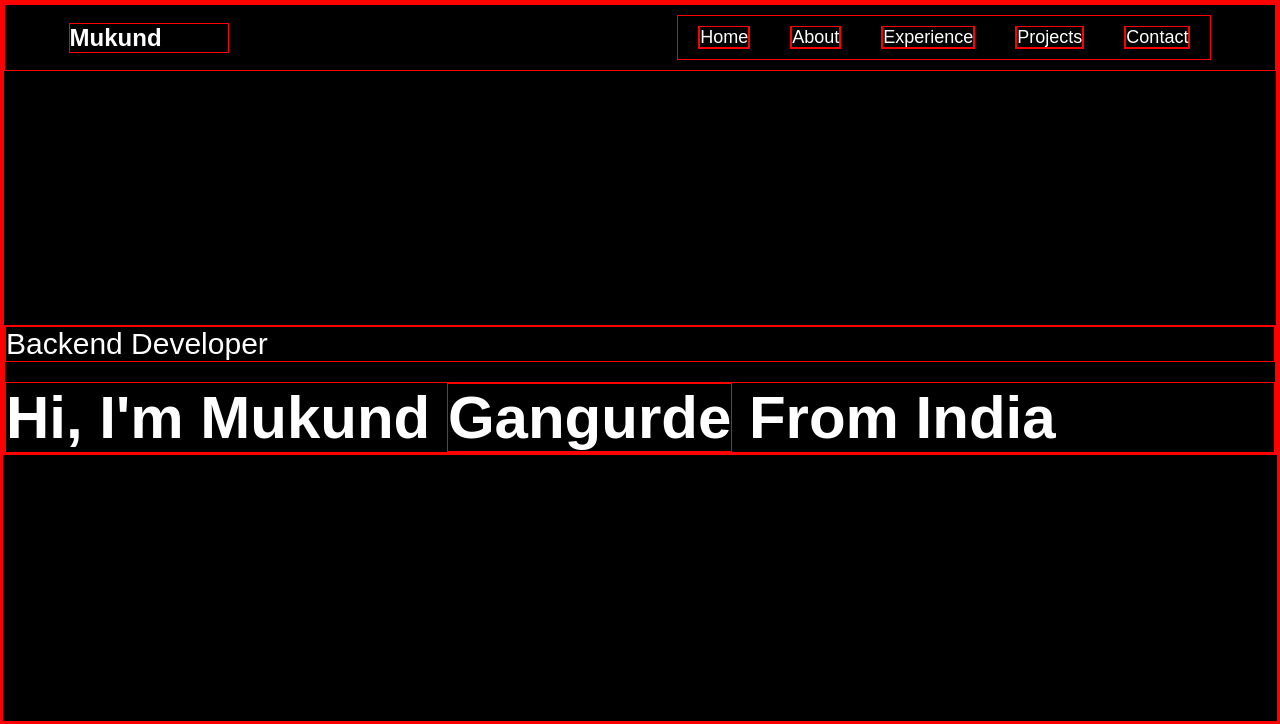
Repository: mukundgangurde/expense-tracker
Page: index.html
These files come from the project's save history. The page is drawn as it stood at one moment and after the next save; the edit follows.
The browser window is 1280 px wide. The pictures show the whole page.

Above is the page before, as saved 2025-11-02 17:59:54.

After the next save:
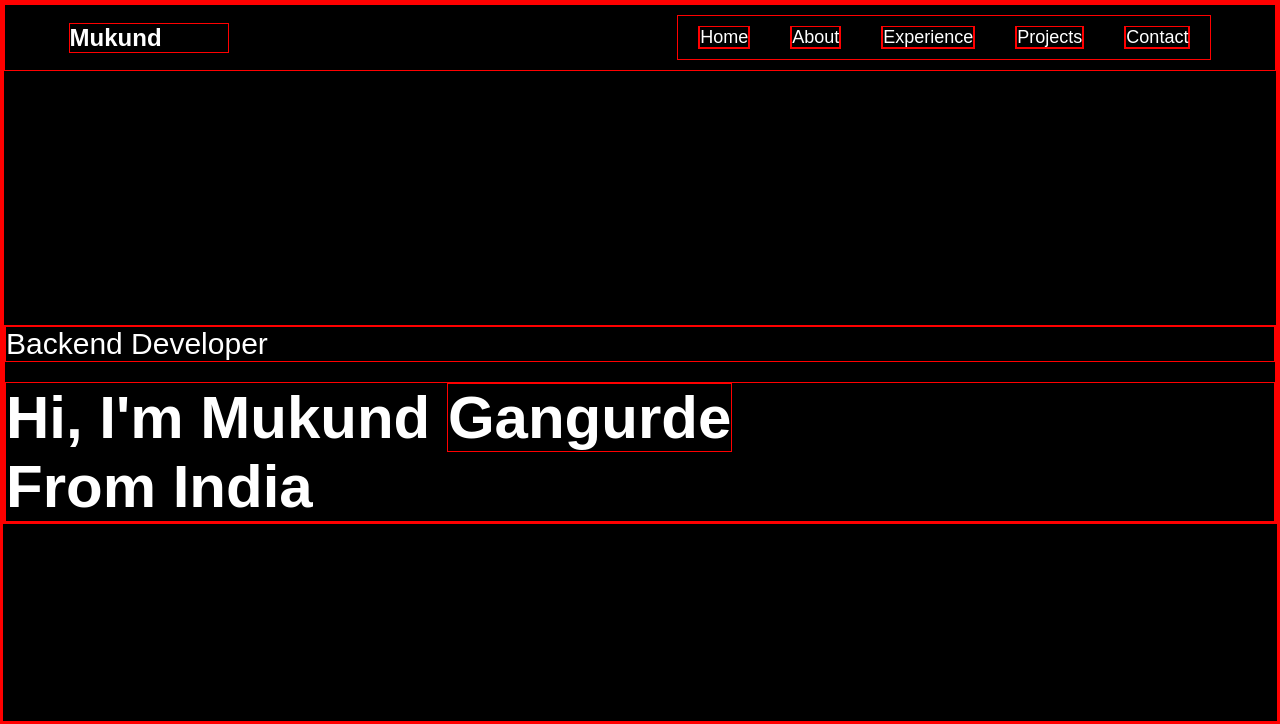
Saved 7 s later.
--- a/index.html
+++ b/index.html
@@ -26,7 +26,7 @@
 
       <div class="header-text">
         <p>Backend Developer</p>
-        <h1>Hi, I'm Mukund <span>Gangurde</span> From India</h1>
+        <h1>Hi, I'm Mukund <span>Gangurde</span> <br> From India</h1>
       </div>
     </div>
   </div>
